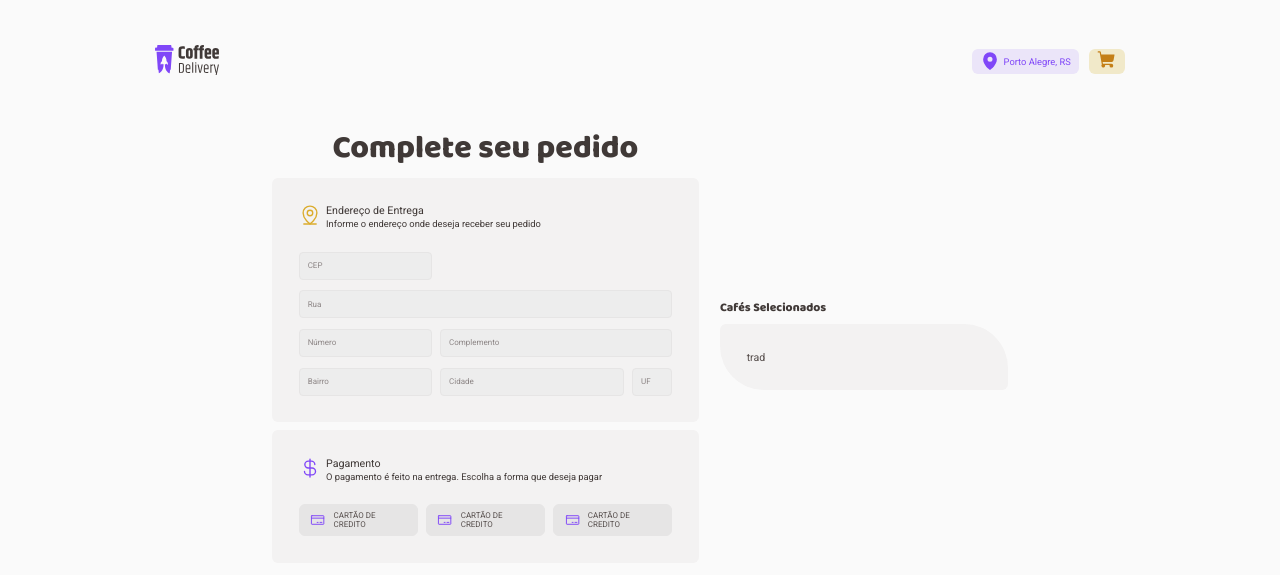
Repository: guilhermecardoso93/react-coffee-delivery
Page: /completeorder
These files come from the project's save history. The page is drawn as it stood at one moment and after the next save; the edit follows.
The browser window is 1280 px wide. The pictures show the whole page.
The project was rebuilt for these pictures with package versions that can differ from the ones it lists, and the page was loaded fresh each time. Also part of the build but not shown: vite.config.ts, src/pages/Home/Intro/styles.ts, src/pages/Home/Intro/index.tsx, src/data/coffees.ts, src/pages/Home/MenuCard/styles.ts, src/utils/formatMoney.ts, src/pages/Home/MenuCard/index.tsx, src/pages/Home/Menu/styles.ts and 3 more.

Above is the page before, as saved 2022-07-20 20:41:02.

After the next save:
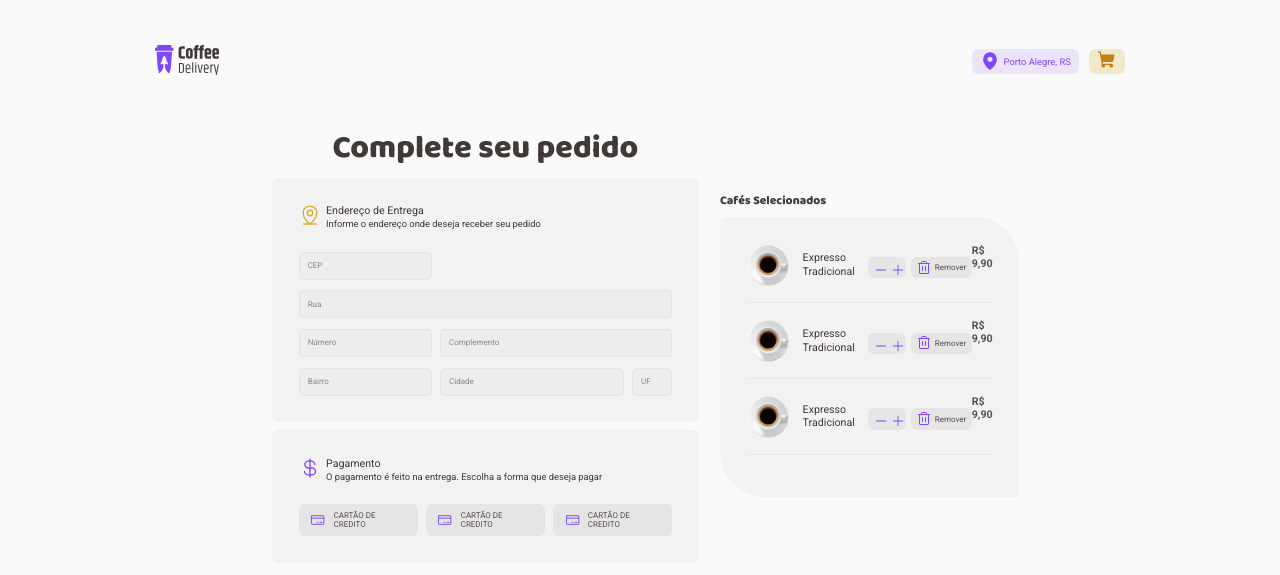
Saved 52 s later.
--- a/src/pages/CompleteOrder/components/SelectedCoffees/index.tsx
+++ b/src/pages/CompleteOrder/components/SelectedCoffees/index.tsx
@@ -1,5 +1,9 @@
 import { TitleText } from "../../../../components/Texts";
-import { DetailsContainer, SelectedCoffeesContainer } from "../SelectedCoffees/styles";
+import { CoffeCardCart } from "../CoffeCardCart";
+import {
+  DetailsContainer,
+  SelectedCoffeesContainer
+} from "../SelectedCoffees/styles";
 
 export function SelectedCoffees() {
   return (
@@ -8,7 +12,9 @@ export function SelectedCoffees() {
         {" "}Cafés Selecionados
       </TitleText>
       <DetailsContainer>
-        <p>trad</p>
+        <CoffeCardCart />
+        <CoffeCardCart />
+        <CoffeCardCart />
       </DetailsContainer>
     </SelectedCoffeesContainer>
   );
